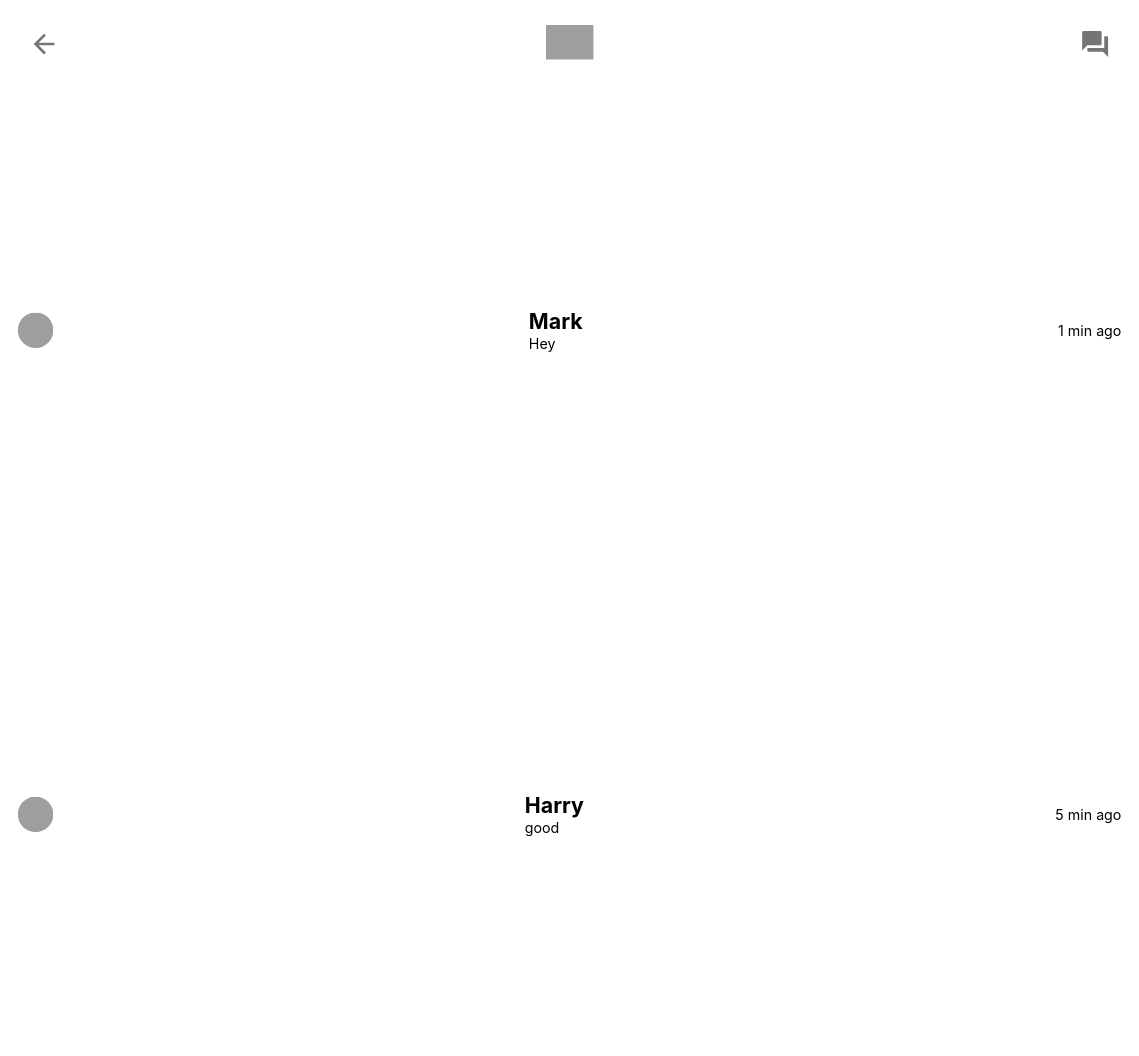
Repository: mminhaz93/React-Tinder-Clone
Page: /chat/Harry
These files come from the project's save history. The page is drawn as it stood at one moment and after the next save; the edit follows.
The browser window is 1280 px wide. The pictures show the whole page, at 89% of full size.
Pictures or frames that could not be fetched are drawn as grey boxes. The page's requests for data from a server got no answer. The project was rebuilt for these pictures with package versions that can differ from the ones it lists, and the page was loaded fresh each time. No one was signed in, and anything a server would have sent is missing. Also part of the build but not shown: src/App.css, src/components/tinderCards/TinderCards.css, src/utils/firebase.js, src/components/tinderCards/TinderCards.js, src/components/swipeButtons/SwipeButtons.css, src/components/swipeButtons/SwipeButtons.js.

Above is the page before, as saved 2020-08-23 20:07:43.

After the next save:
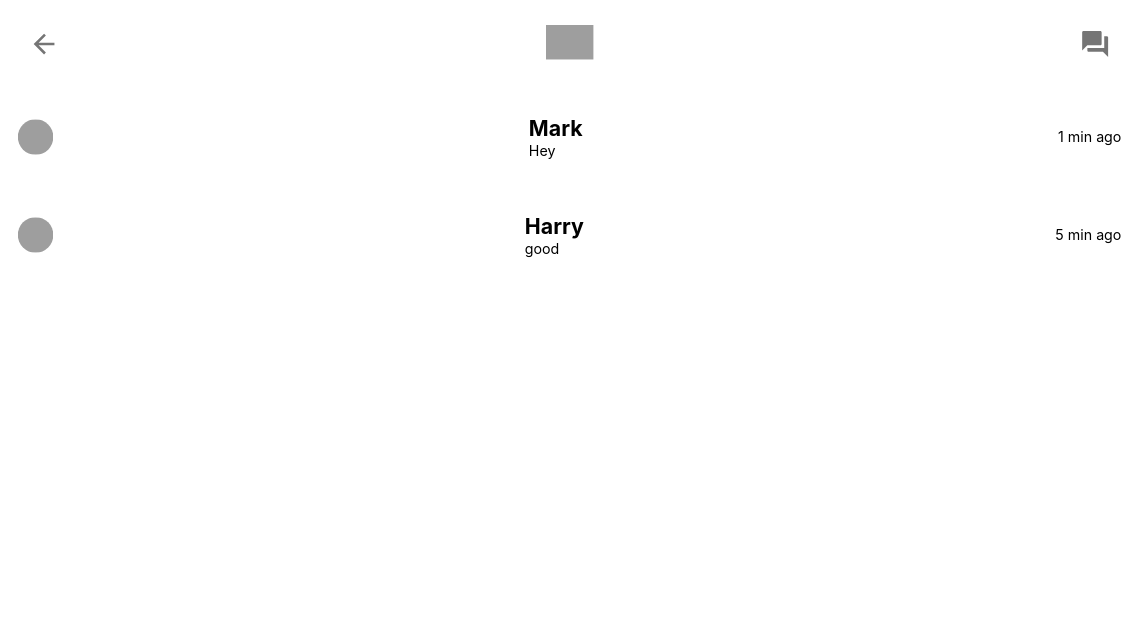
Saved 5 s later.
--- a/src/components/chat/Chat.css
+++ b/src/components/chat/Chat.css
@@ -3,5 +3,5 @@
     align-items: center;
     justify-content: space-between;
     padding: 20px;
-    height: 70vh;
+    height: 70px;
 }
